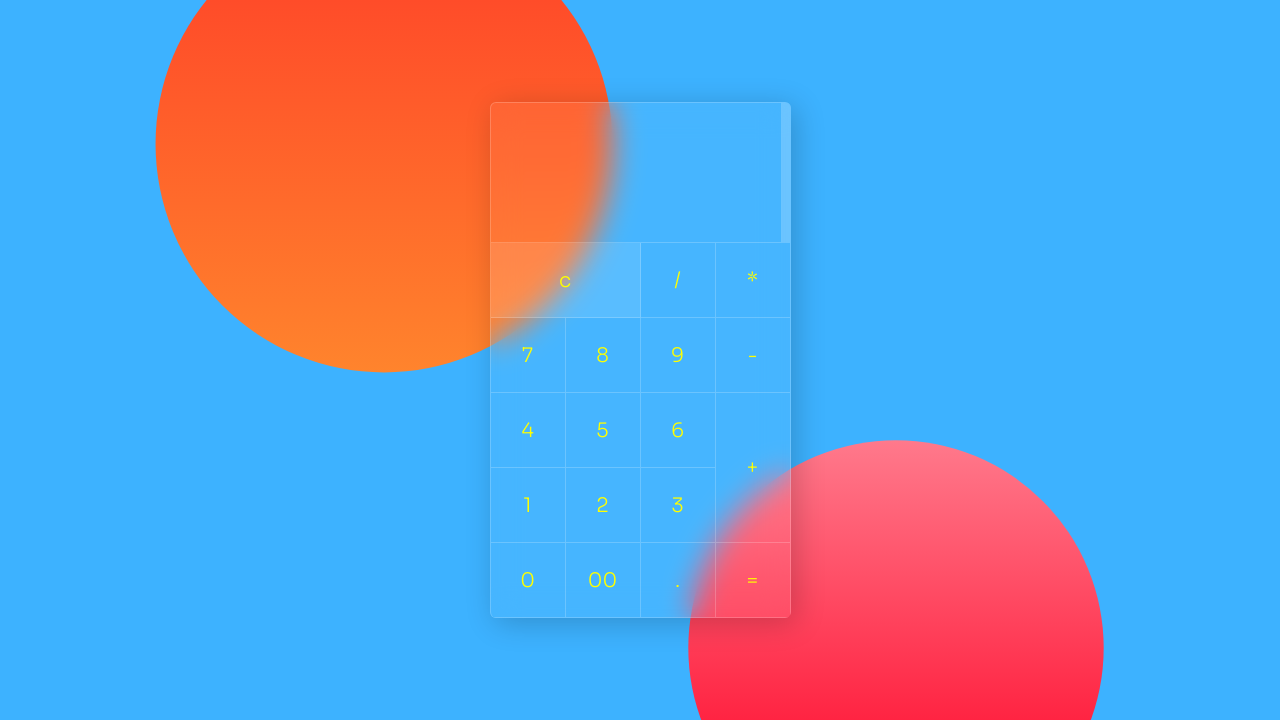
Repository: tharunkumaar404/Glass-Calci
Page: index.html
These files come from the project's save history. The page is drawn as it stood at one moment and after the next save; the edit follows.
The browser window is 1280 px wide. The pictures show the whole page.

Above is the page before, as saved 2021-08-26 15:08:14.

After the next save:
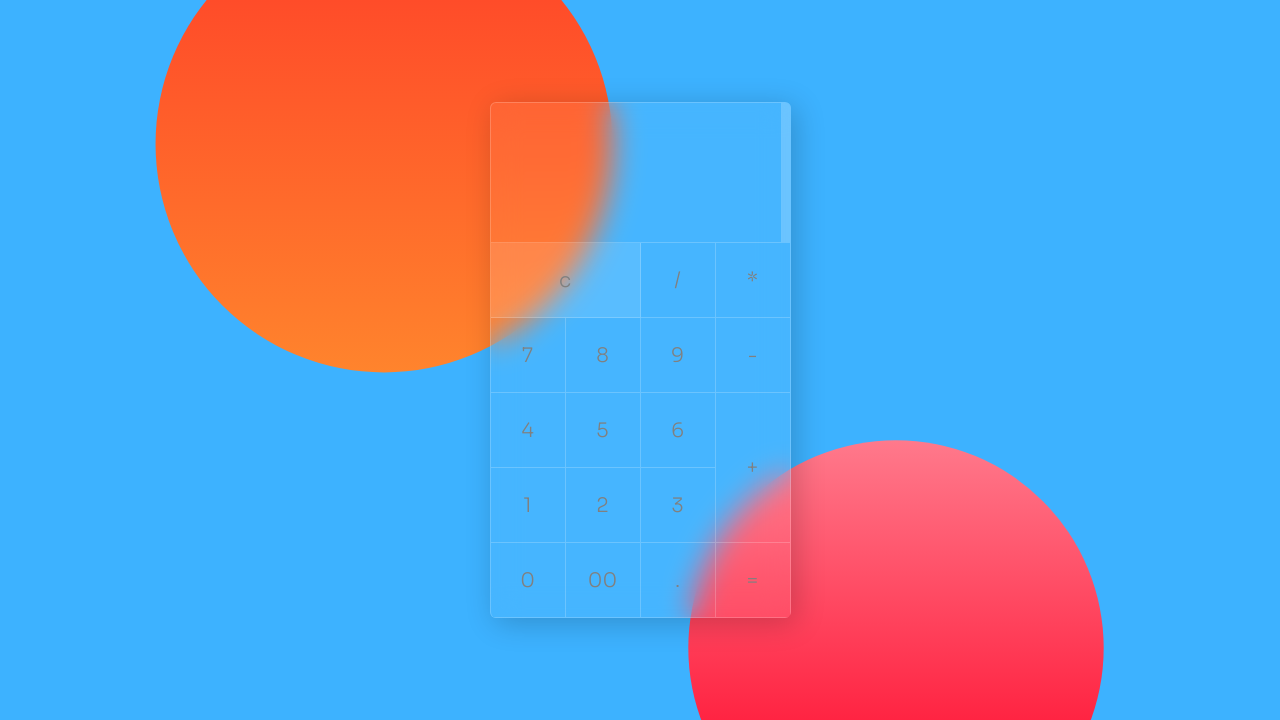
Saved 12 s later.
--- a/styles.css
+++ b/styles.css
@@ -76,7 +76,7 @@ body::after{
     place-items:center;
     height: 75px;
     width:75px;
-    color:yellow;
+    color:gray;
     cursor:pointer;
     font-weight:400;
     font-size:20px;
